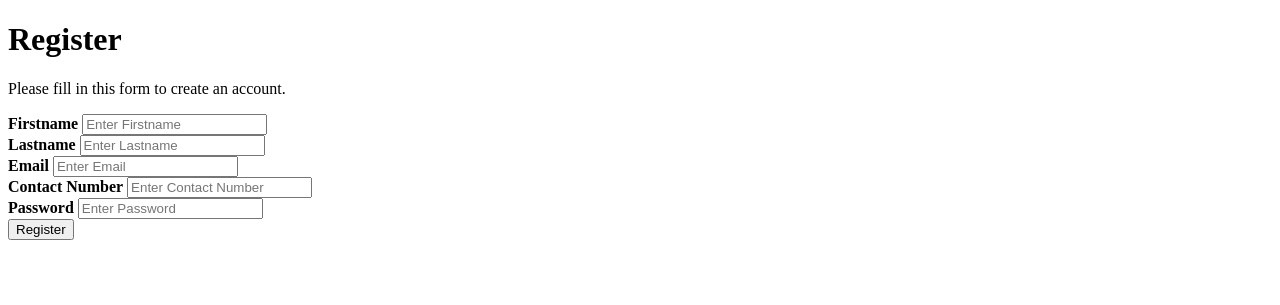
Repository: anmolvid/ServletProject
Page: LoginRegistrationApp/WebContent/Registration.html
These files come from the project's save history. The page is drawn as it stood at one moment and after the next save; the edit follows.
The browser window is 1280 px wide. The pictures show the whole page.

Above is the page before, as saved 2019-01-22 10:41:58.

### LoginRegistrationApp/WebContent/Registration.html
<!DOCTYPE html>
<html>
<head>
<meta charset="UTF-8">
<title>Insert title here</title>
</head>
<body>


<form method="post", action="login">

    <h1>Register</h1>
    <p>Please fill in this form to create an account.</p>
     <div class="container">

    <div>
    <label for="firstname"><b>Firstname</b></label>
    <input type="text" placeholder="Enter Firstname" name="firstname" >
    </div>

    <label for="lastname"><b>Lastname</b></label>
    <input type="text" placeholder="Enter Lastname" name="lastname" >

    <div>

    <label for="email"><b>Email</b></label>
    <input type="text" placeholder="Enter Email" name="email" >

   </div>

    <label for="contactno"><b>Contact Number</b></label>
    <input type="text" placeholder="Enter Contact Number" name="email" >

    <div>

    <label for="psw"><b>Password</b></label>
    <input type="password" placeholder="Enter Password" name="psw" >
</div>

   </div>


    <button type="submit" class="registerbtn">Register</button>


  <div class="container signin">

  </div>
</form>

After the next save:
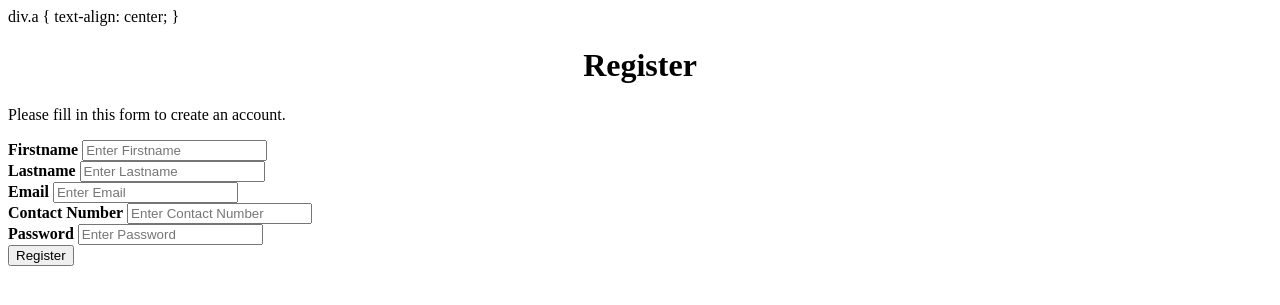
Saved 32 min 31 s later.
--- a/LoginRegistrationApp/WebContent/Registration.html
+++ b/LoginRegistrationApp/WebContent/Registration.html
@@ -6,15 +6,19 @@
 </head>
 <body>
 
+div.a {
+  text-align: center;
+}
 
+<div class="a">
 <form method="post", action="login">
 
-    <h1>Register</h1>
+    <h1><center>Register</center></h1>
     <p>Please fill in this form to create an account.</p>
-     <div class="container">
+
 
     <div>
-    <label for="firstname"><b>Firstname</b></label>
+    <ce><label for="firstname"><b>Firstname</b></label>
     <input type="text" placeholder="Enter Firstname" name="firstname" >
     </div>
 
